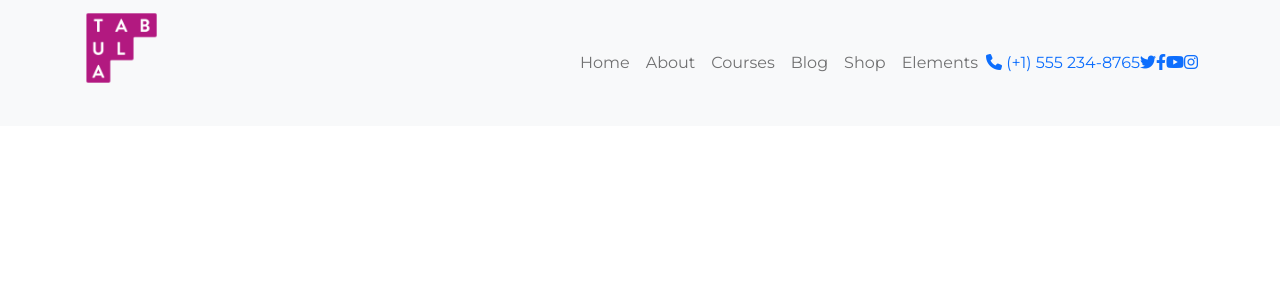
Repository: minhtrivu6199/tabula
Page: index.html
The author's editor kept a copy of each file at every save. The page is drawn from the files as they stood at one save, then again after a run of saves.
The browser window is 1280 px wide. The pictures show the whole page.
Some web libraries are served in a nearby version. The style sheet was rebuilt from its Sass, Less or Tailwind sources for each picture, by a compiler version that may differ from the author's.

Above is the page before, as saved 2022-09-27 15:27:28.

After the next 2 saves:
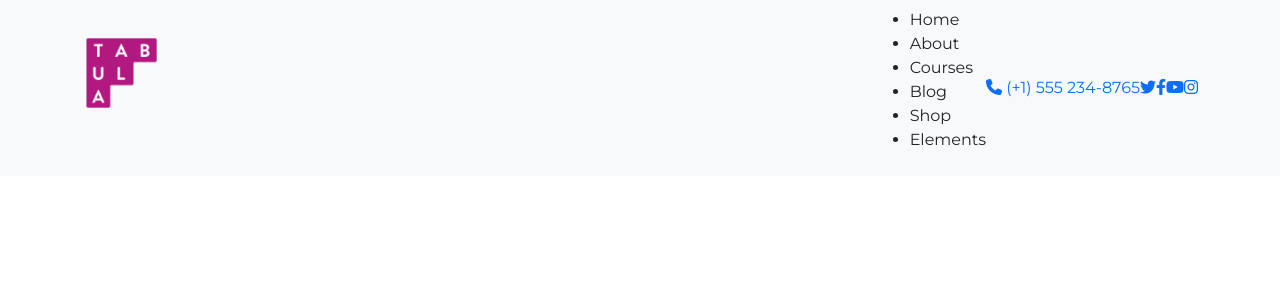
The 2 saves are shown as one change because they came seconds apart.
The last was saved 57 s later.
--- a/index.html
+++ b/index.html
@@ -50,7 +50,7 @@
           </div>
           <div class="header-right">
             <div class="header-menu d-xs-none">
-              <ul class="navbar-nav menu">
+              <ul class="menu">
                 <li class="nav-item">
                   <a href="" class="nav-link"> Home </a>
                 </li>
